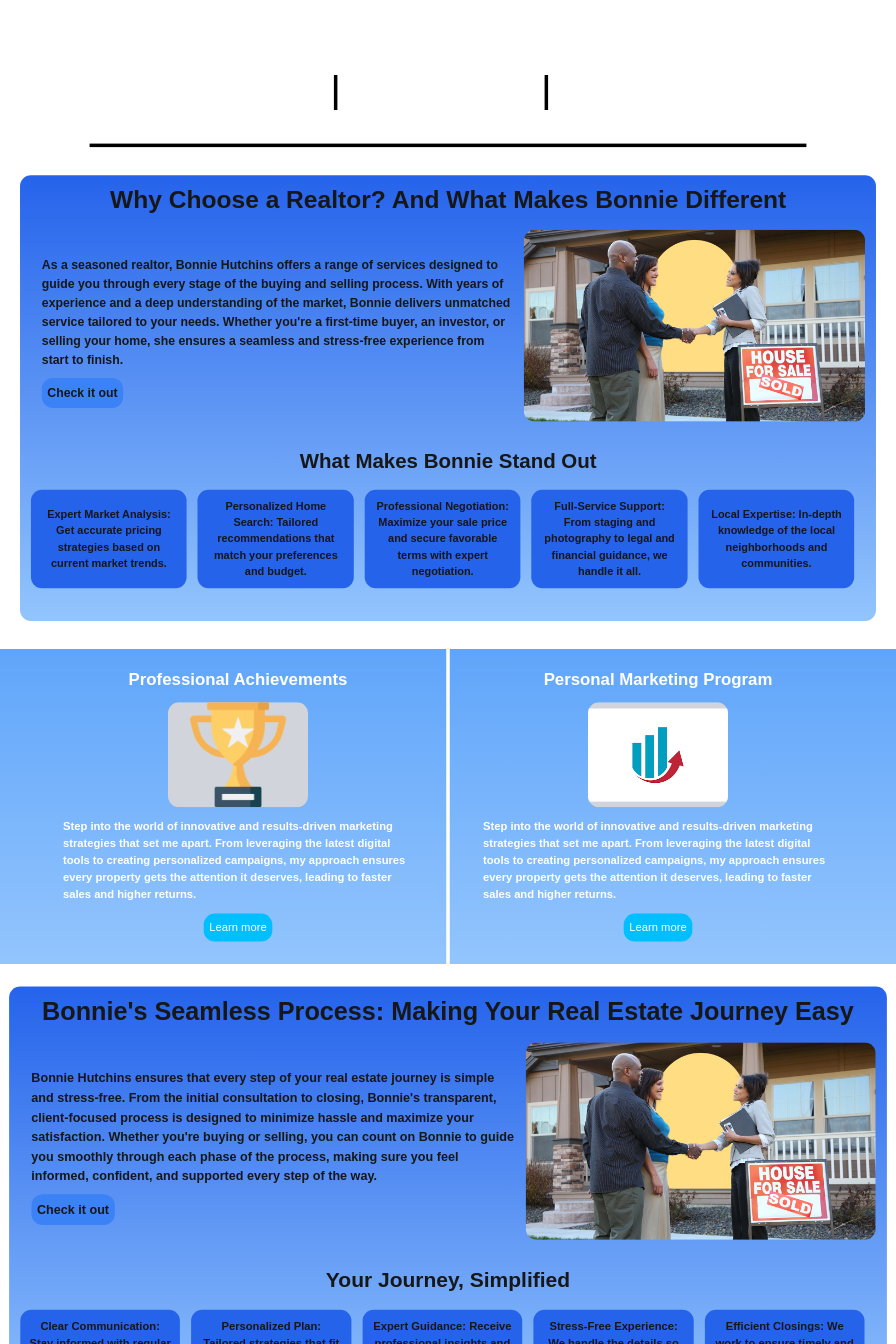
Repository: TMuse333/bonnie-website-
Page: / (app in frontend/)
The author's editor kept a copy of each file at every save. The page is drawn from the files as they stood at one save, then again after the next save.
The browser window is 1280 px wide. The pictures show the part of the page from y = 833 to 2753 px (the page is 6863 px tall before and 6791 px after), at 70% of full size.
The project was rebuilt for these pictures with package versions that can differ from the ones it lists, and the page was loaded fresh each time. The framework's server and built-in components were replaced by stand-ins that run in the browser. Also part of the build but not shown: frontend/next.config.mjs.

Above is the page before, as saved 2024-11-30 14:45:50.

### frontend/src/app/layout.tsx
import { ContextProvider } from "@/context/context";
import type { Metadata } from "next";
import localFont from "next/font/local";
import "./globals.css";

const geistSans = localFont({
  src: "./fonts/GeistVF.woff",
  variable: "--font-geist-sans",
  weight: "100 900",
});
const geistMono = localFont({
  src: "./fonts/GeistMonoVF.woff",
  variable: "--font-geist-mono",
  weight: "100 900",
});

export const metadata: Metadata = {
  title: "Bonnie Hutchins",
  description: "A sample website for Bonnie Hutchins",
};

export default function RootLayout({
  children,
}: Readonly<{
  children: React.ReactNode;
}>) {
  return (
    <html lang="en">
      <ContextProvider>


      <body
        className={`${geistSans.variable} ${geistMono.variable} antialiased`}
      >
        {children}
      </body>
      </ContextProvider>
    </html>
  );
}

### frontend/src/app/page.tsx
"use client"


import AuroraHero from "./components/auroraHero/auroraHero";
import CountUpStats from "./components/countUpStats/countUpStats";
import ExperienceCard from "./components/experienceCard/experienceCard";
import { experienceCard1, experienceCard2 ,experienceCard3,
 displayBox1, displayBox2,blogData, closingStatement, contactCard} from "@/data/data";
// import ImageTextBox from "./components/imageTextBox/imageTextBox";
import DisplayBoxes from "./components/displayBox/displayBox";
import Testimonials from "./components/testimonials/testimonials";
import ScrollCarousel from "./components/scrollCarousel/scrollCarousel";
import Closer from "./components/closer/closer";
import BigNav from "./components/navbar/bigNav";
import Footer2 from "./components/footer/footer";
import ContactCard from "./components/contactCard/contactCard";
export default function Home() {
  return (
    <>

   <main className="relative w-screen overflow-x-hidden">
   <BigNav
    excludedLink=""
    />
    <AuroraHero/>
    <CountUpStats
    number1="45"
    number2="15.5"
    number3="20"/>

<ExperienceCard
    {...experienceCard2}
    />

    <DisplayBoxes
    data={displayBox1}
    />

    {/* <ImageTextBox
    {...imageTextBox1}
    />

    <ImageTextBox
    {...imageTextBox2}
    reverse
    /> */}

<ExperienceCard
    {...experienceCard3}
    />



    <DisplayBoxes
    data={displayBox2}
    />

  <ExperienceCard
    {...experienceCard1}
    />

    <Testimonials/>

    <ScrollCarousel
    images={blogData}
    bgImage
    />



    <Closer
    {...closingStatement}
    />

<ContactCard
    {...contactCard}
    />

    <Footer2
    excludedLink=""
    />


   </main>
   </>
  );
}

### frontend/src/context/context.tsx
"use client"

import React, { createContext, useState, useContext, ReactNode, useEffect } from 'react';

// Define the type for the context value
interface GeneralContextType {

  isMobile: boolean;
  setIsMobile: React.Dispatch<React.SetStateAction<boolean>>;
  heroInView: boolean;
  setHeroInView: React.Dispatch<React.SetStateAction<boolean>>;


}

// Create the context
export const GeneralContext = createContext<GeneralContextType | undefined>(undefined);

// Create a provider component
export const ContextProvider: React.FC<{ children: ReactNode }> = ({ children }) => {
  // Initialize the value state


  // Detect mobile devices
  const [isMobile, setIsMobile] = useState<boolean>(true);

const [heroInView, setHeroInView] = useState(true)





  useEffect(() => {
    const handleScroll = () => {
      if (typeof window !== 'undefined') {
        setIsMobile(window.innerWidth <= 865);
      }
    };

    if (typeof window !== 'undefined') {
      window.addEventListener('scroll', handleScroll);
      handleScroll(); // Initial check
    }

    return () => {
      if (typeof window !== 'undefined') {
        window.removeEventListener('scroll', handleScroll);
      }
    };
  }, []);


  useEffect(() => {
    console.log('is mobile', isMobile);
  }, [isMobile]);

  const contextValue = {

    isMobile,
    setIsMobile,
    heroInView, setHeroInView

  };

  return <GeneralContext.Provider value={contextValue}>{children}</GeneralContext.Provider>;
};

export const useGeneralContext = (): GeneralContextType => {
  const context = useContext(GeneralContext);
  if (!context) {
    throw new Error('useGeneralContext must be used within a ContextProvider');
  }
  return context;
};

### frontend/src/app/components/countUpStats/countUpStats.tsx
"use client"
import React, {useRef} from "react";
import CountUp from "react-countup";
import { useInView} from 'framer-motion'

interface Props {
  number1: string;
  number2: string;
  number3: string;
}

const CountUpStats: React.FC<Props> = ({ number1, number2, number3 }) => {

    const ref = useRef(null)
    const inView = useInView(ref,{
        once:true
    })
  return (
    <>
    <section   ref={ref}
    className="mx-auto w-screen max-w-[1200px]
    text-white">
         <h2 className="text-center px-4 font-bold text-2xl sm:text-3xl
         my-12">Lorem ipsum dolor sit amet consectetur adipisicing elit. Possimus, iusto?</h2>
         <p className="font-semibold px-4">
            Lorem ipsum dolor sit amet, consectetur adipisicing elit. Maxime enim dolore autem vitae, neque deserunt itaque minus officia modi repudiandae culpa hic explicabo mollitia rerum dolorem impedit, delectus, voluptatem facilis deleniti perferendis consectetur. Distinctio possimus, asperiores eius quos natus blanditiis. Dolore officiis voluptates architecto at temporibus. Omnis eaque rerum praesentium!
         </p>

    <section

      className="flex mx-auto flex-col justify-center items-center mt-4
      md:flex-row font-semibold"
    >

      {/* Number 1 */}
      <div className="text-2xl mb-6 flex flex-col
      justify-center md:flex-row items-start ">
        <CountUp start={0}
          end={inView ? parseInt(number1) : 0}
         duration={2} />
         &nbsp; millions sold
         <div className="w-[50vw] h-[5px] bg-black mb-6
      md:h-[50px] md:w-[5px] mx-4 " />
      </div>

      {/* Divider */}


      {/* Number 2 */}
      <div className="text-2xl mb-6 flex flex-col
      justify-center md:flex-row items-start ">
        <CountUp start={0}
          end={inView ? parseInt(number2) : 0}
         duration={2} />
         &nbsp; years of experience
         <div className="w-[50vw] h-[5px] bg-black mb-6
      md:h-[50px] md:w-[5px] mx-4 " />
      </div>

      {/* Number 3 */}
      <div className="text-2xl mb-6 flex flex-col
      justify-center md:flex-row items-start mb-auto">
        <CountUp start={0}
          end={inView ? parseInt(number3) : 0}
         duration={2} />
         +&nbsp; happy clients

      </div>
    </section>
    </section>

    <div className="w-[80vw] max-w-[1200px]
    mx-auto h-[5px] bg-black"
    />

    </>
  );
};

export default CountUpStats;

### frontend/src/app/components/displayBox/displayBox.tsx
import React from "react";
import Image from 'next/image'
import Link from "next/link";


interface ElementProps {
    title:string,
    src:string,
    alt:string,
    description:string,
    buttonText:string,
    destination:string
}

const Element:React.FC<ElementProps> = ({
    title,src,alt,description,buttonText,
    destination
}) => {

    return (
        <section className="w-[90vw] mx-auto flex
        mt-2
        flex-col justify-center items-center relative

        sm:w-[45vw] max-w-[500px] mb-8">
            <h2 className="text-white text-center
            text-2xl mb-4 font-semibold">{title}</h2>
            <Image
            src={src}
            alt={alt}
            width={600}
            height={1300}
            className='w-[40vw]  h-[20vw]
            max-h-[150px] mx-auto object-contain
            max-w-[200px] bg-gray-300 rounded-2xl'
            />
            <p className="text-white my-4 font-semibold">{description}</p>
            <button className="bg-[#00bfff]
            p-2 rounded-2xl text-white">
                <Link href={destination}>
                    {buttonText}
                </Link>
            </button>


        </section>

    )
}

interface DisplayBoxProps {
    data:ElementProps[]
}

    const DisplayBoxes:React.FC<DisplayBoxProps> = ({
        data
    }) => {

        return (
            <section className="w-screen relative
            bg-gradient-to-b from-blue-400 to-blue-300 "
            >


            <section className="flex flex-col
            sm:grid grid-cols-2 justify-center
            items-center max-w-[1200px]
            mx-auto bg-gradient-to-b from-blue-400 to-blue-300
             pt-5">
                <div className="absolute
                top-1/2 w-full
                 sm:top-0
                left-1/2 -translate-x-1/2 h-[5px]
                 md:h-full
                sm:w-[5px] bg-white"/>
                {data.map((data, index) => (
                    <Element
                    {...data}
                    key={index}
                    />
                ))}
            </section>
            </section>

        )
    }


    export default DisplayBoxes

### frontend/src/app/components/closer/closer.tsx
"use client"

import React, { useRef} from "react";
import Link from "next/link";
import {motion, useInView} from 'framer-motion'
import Image from "next/image";


interface Props {
    image:string,
    title:string,
    description:string,
    buttonText:string,
    destination:string

}

const Closer: React.FC<Props> = ({image,title,description,
destination,buttonText}) => {

    const ref = useRef(null)

    const inView = useInView(ref,{
        once:true
    })

      const variants = {
        initial:{
            opacity:0,
            x:-100
        },
        animate:{
            x:0,
            opacity:1,
            transition:{
                opacity:{
                    duration:0.5
                }
            }
        }

      }

      const textVariants = {
        initial:{
            y:-20,
            opacity:0
        },
        animate:{
            opacity:1,
            y:0,
            transition:{
                delay:0.5
            }
        }
      }

    return (
        <motion.section ref={ref}

        className={`w-screen text-white h-[600px]
        relative flex flex-col items-center justify-center
        bg-center
        `}
        variants={variants}
        initial='initial'
        animate={inView ? 'animate' : 'initial'}
        >
            <Image src={image}
            alt="A background image of cash to signifies how you cash sell your houses fast for cash with ontario cash for houses"
            className='absolute w-full h-full
            object-cover'
                style={{
                    filter:'brightness(0.6)'
                }}
                width={600}
                height={1300}
            />

            <motion.div className="-mt-12 relative z-[4]"
              variants={textVariants}
              initial='initial'
              animate={inView ? 'animate' : 'initial'}>
            <motion.h4

            className="pl-4 text-3xl  ">{title}
            </motion.h4>

            <p className="mt-4 text-left pl-4 pr-4
            max-w-[800px] sm:text-xl ">{description}</p>

            <Link href={destination}
            passHref>
                <button className="mt-6 text-black
                bg-white ml-4 hover:bg-blue-500
                transition-all hover:text-white
                hover:scale-[1.05] p-3
                rounded-xl">
                {buttonText}
                </button>
            </Link>
            </motion.div>
        </motion.section>
    )
}

export default Closer

### frontend/src/app/components/footer/footer.tsx
import React from "react";


import Link from "next/link";


interface props  {
    excludedLink:string,
    id?:string
}



const Footer2:React.FC<props> = ({
    excludedLink,
    id
}) => {

  const bigLinks = [
    {
      name: 'Home',
      destination:'/',
      secondaryLinks: [
        {
          name: 'Homepage',
          destination: '/',
        },
      ],

      //

      listSubMenu: false,
    },

    // {
    //     name: 'Meet Bonnie',
    //     secondaryLinks: [
    //       {
    //         name: 'About Bonnie',
    //         destination: '/online-food-ordering-system',
    //       },
    //       {
    //           name:'Professional Achievements',
    //           destination:''
    //       },
    //       {
    //           name:'Personal marketing program',
    //           destination:''
    //       }

    //     ],
    //     listSubMenu: true,

    //     subMenuAlt:'Two hands',
    //     desktopDescription:'Get to know me on a personal level and learn about my career and other programs'
    //   },

      // {
      //   name: 'Guided Success',
      //   secondaryLinks: [
      //     {
      //         name:'Buying a home',
      //         destination:'/best-web-design-halifax'
      //     },
      //     {
      //       name: 'Selling a home',
      //       destination: '/long-term-success',
      //     },

      //   ],
      //   listSubMenu: true,

      //   desktopDescription:'Learn the process of buying or selling a home with a realtor and how I ensure you get the best deal.'
      // },
    {
      name: 'Contact',

      destination:'/lets-work',
      listSubMenu: false,
      secondaryLinks: [
        {
          name: 'Contact me',
          destination: '/lets-work',
        },
      ],
    },
    {
      name: 'View listings',

      destination:'/lets-work',
      listSubMenu: false,
      secondaryLinks: [
        {
          name: 'Current listings',
          destination: '/lets-work',
        },
      ],
    },

    // {
    //   name:"Get creative & learn",
    //   listSubMenu:false,
    //   secondaryLinks: [
    //     {
    //       name:'The Image-Text Box',
    //       destination:'/studio/image-text-box'
    //     }
    //   ]
    // },

  ];

      const filteredLinks = bigLinks
      .filter(link => link.name !== excludedLink) // Filter out links where link.name matches excludedLink
      .map(link => {
        // Check if secondaryLinks exist before filtering
        const filteredSecondaryLinks = link.secondaryLinks
          ? link.secondaryLinks.filter(secondary => secondary.name !== excludedLink)
          : []; // If no secondaryLinks, return an empty array

        // Return the link with the filtered secondaryLinks
        return {
          ...link,
          secondaryLinks: filteredSecondaryLinks
        };
      });


    return (
        <footer
        id={id}
         className="w-screen relative flex flex-col
        items-center justify-center mx-auto  my-12
        text-white md:w-[90vw]" >
            <h6 className="text-3xl sm:text-4xl font-semibold
            mb-8">Site map</h6>

<ul className="flex flex-col mx-auto

            md:flex-row w-full mt-6
              w-full text-center
            justify-center items-center
            md:justify-center md:items-start " >


{filteredLinks.map((link, index) => (
  <React.Fragment key={index}>
    <ul className="flex flex-col mx-auto
    items-center justify-center text-center">

    <p className="text-xl sm:text-2xl md:text-3xl
     mb-4 font-bold
     mx-auto text-center">
      {link.name}</p>
    {link.secondaryLinks && link.secondaryLinks.map((link2, innerIndex) => (
      <Link key={innerIndex}
      href={link2.destination}>


      <li className="mb-2 text-center hover:text-[#00bfff]
      mx-auto"
      key={innerIndex}>{link2.name}</li>
            </Link>
    ))}
     </ul>
  </React.Fragment>
))}
</ul>





        </footer>
    )
}

export default Footer2

### frontend/src/app/components/contactCard/contactCard.tsx
import Image from "next/image";
import Link from "next/link";
import React from "react";



interface Props {
    src:string,
    alt:string,
    name:string,
    title:string
    description:string,
    quote:string
    phone:string,
    email:string,
    socials:{
        src:string,
        destination:string,
        alt:string
    }[]
}


const ContactCard:React.FC<Props> = ({
    src,alt,name,
    phone,email,socials,title,quote
}) => {


    return (
        <section className="mx-auto flex flex-col
        md:flex-row max-w-[1200px] my-12">
            <section className="text-center
            md:w-[33vw] max-w-[400px]">
                <h3 className="mb-2 font-bold
                text-3xl">{name}</h3>
                <h4 className="mb-2 font-semibold
                whitespace-pre-line">{title}</h4>
                <p className="mb-2 px-4">{quote}</p>
            </section>
            <section className="md:w-[33vw] max-w-[400px]">
                <Image
                src={src}
                alt={alt}
                className='w-[70vw]
                object-contain mx-auto
                max-w-[200px] hax-h-[250px]'
                width={600}
                height={1300}
                />
            </section>
            <section className="text-center  md:w-[33vw] max-w-[400px]">
                <h3 className="mb-2 text-2xl font-semibold">Contact Information</h3>
                <p className="mb-2 font-semibold">{phone}</p>
                <p className="mb-2 font-semibold whitespace-pre-line

                leading-6">{email}</p>
                {/* <ul className="flex items-center w-full
                ">
                    {socials.map((social,index)=>(
                        <li className="mx-auto"
                        key={index}
                        >
                            <Image
                            src={social.src}
                            alt={social.alt}
                            className='w-[100px]
                            object-contain'
                            width={600}
                            height={1300}
                            />
                            <Link
                            href={social.destination}
                            />
                        </li>
                    ))}
                </ul> */}
            </section>

        </section>
    )
}

export default ContactCard

### frontend/src/app/components/slidingText/slidingText.tsx
import React, { useRef, useState } from "react";
import { motion, useScroll, useTransform, useMotionValueEvent } from "framer-motion";
import { useGeneralContext } from "@/context/context";

interface TextProps {
    text: string;
    setSlideComplete?: React.Dispatch<React.SetStateAction<boolean>>;
    reverse?:boolean,
    subText?:string
}

const SlidingText: React.FC<TextProps> = ({ text, setSlideComplete,
reverse,subText }) => {
    // Reference to the target element to track scroll position
    const targetRef = useRef(null);

    const {isMobile} = useGeneralContext()

    // State to track when slide is complete
    const [slideComplete, setLocalSlideComplete] = useState(false);

    // Get scroll progress relative to the targetRef
    const { scrollYProgress } = useScroll({
        target: targetRef,
        offset: ["end end", "end start"], // Adjust these offsets as needed
    });

    // Transform scroll progress to x position, scale, and opacity
    const x = useTransform(scrollYProgress, [0, isMobile ? 0.4 : 0.6], [!reverse ? 350 : -350, 0]); // Adjust as needed
    const opacity = useTransform(scrollYProgress, [0, 0.2, 0.55], [0, 0.0, 1]);

    // Monitor changes in the `x` value and set `slideComplete` to true when x reaches 0


    useMotionValueEvent(x,"change",(latest) => {
        if(latest === 0 && !slideComplete){
            setLocalSlideComplete(true)
            if (setSlideComplete) {
                console.log('skdie complete true')
                setSlideComplete(true);
            }
        }

    })

    return (
        <div ref={targetRef}>
            <motion.h2
                className=" bg-gradient-to-b from-white to-gray-300 bg-clip-text text-transparent
                text-3xl sm:text-4xl md:text-5xl lg:text-6xl font-semibold text-center relative transition-colors
                mb-8"
                // style={!slideComplete ? { x, opacity } : {}} // Apply the animated styles
                style={{ x, opacity }}
                // Apply the gradient flow when slideComplete is true
                whileInView={
                    slideComplete
                        ? {
                              backgroundImage: [
                                  "linear-gradient(to right, #00e0ff, #00a2e4, #00e0ff)", // Default colors
                                  "linear-gradient(to right, #33e8ff, #33b5d6, #33e8ff)", // Brighter colors
                                  "linear-gradient(to right, #00e0ff, #00a2e4, #00e0ff)",  // Back to default
                              ],
                              transition: {
                                  repeat: Infinity,
                                  repeatType: "mirror",
                                  duration: 3, // Control how fast the gradient oscillates
                              },
                          }
                        : {}
                }
            >
                {text}
            </motion.h2>
            {subText && (
                <motion.h3 className={`w-[80vw] mx-auto text-xl
                transition-opacity
                sm:text-2xl ${slideComplete ? 'opacity-1' : 'opacity-0'}`}>
                    {subText}
                </motion.h3>
            )}
        </div>
    );
};

export default SlidingText;

Loaded but not shown: frontend/src/app/globals.css (common file); frontend/tailwind.config.ts (common file); frontend/src/app/components/navbar/bigNav.tsx (510 lines, source omitted); frontend/src/data/data.ts (208 lines, source omitted); frontend/src/app/components/experienceCard/experienceCard.tsx (191 lines, source omitted); frontend/src/app/components/testimonials/testimonials.tsx (127 lines, source omitted); frontend/src/app/components/auroraHero/auroraHero.tsx (183 lines, source omitted); frontend/src/app/components/scrollCarousel/scrollCarousel.tsx (161 lines, source omitted)

After the next save:
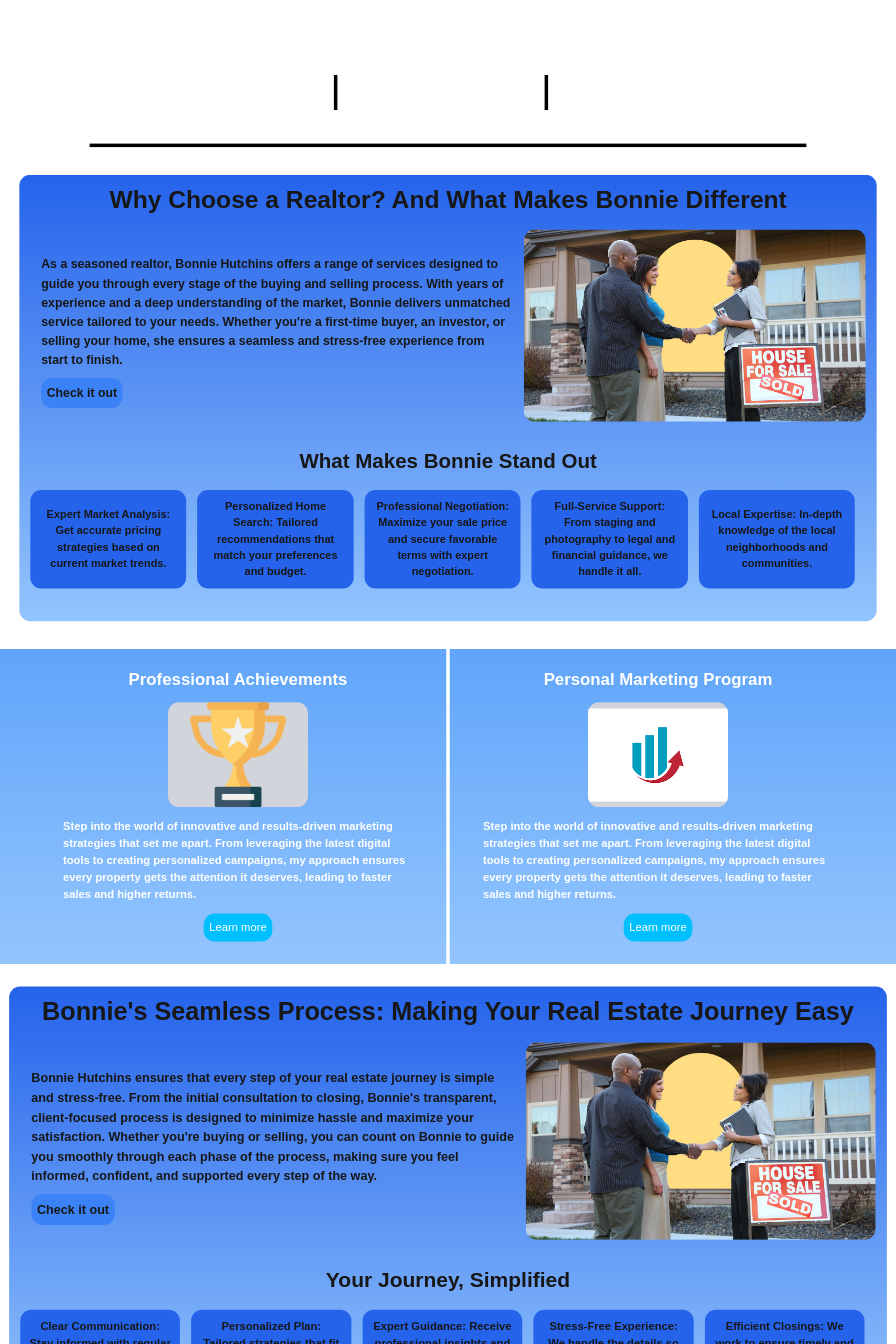
Saved 13 s later.
--- a/frontend/src/app/components/footer/footer.tsx
+++ b/frontend/src/app/components/footer/footer.tsx
@@ -132,8 +132,8 @@
          className="w-screen relative flex flex-col
         items-center justify-center mx-auto  my-12
         text-white md:w-[90vw]" >
-            <h6 className="text-3xl sm:text-4xl font-semibold
-            mb-8">Site map</h6>
+            {/* <h6 className="text-3xl sm:text-4xl font-semibold
+            mb-8">Site map</h6> */}
 
 <ul className="flex flex-col mx-auto
 
